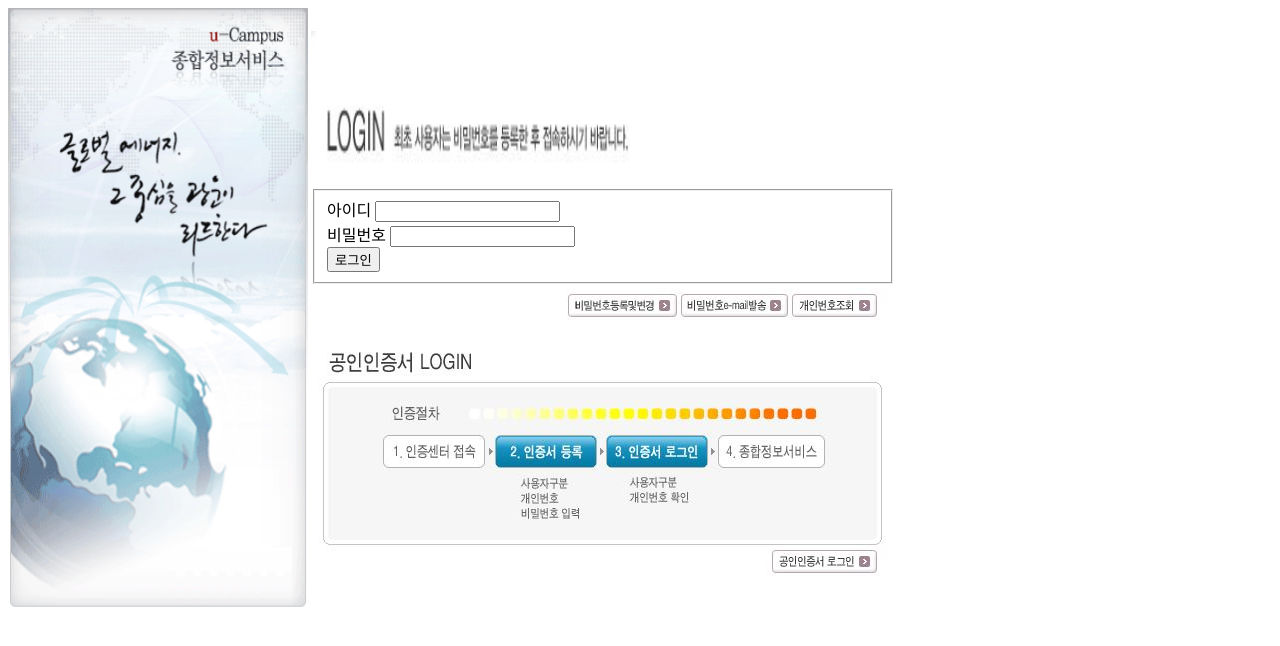
Repository: jungmintaeng/mini-ucampus
Page: ucam/WebContent/Login.html
The author's editor kept a copy of each file at every save. The page is drawn from the files as they stood at one save, then again after the next save.
The browser window is 1280 px wide. The pictures show the whole page.

Above is the page before, as saved 2016-06-11 00:57:37.

### ucam/WebContent/Login.html
<!DOCTYPE html>
<html>
<head>
<meta charset="EUC-KR">
   <title> Ucampus Login </title>
</head>
<body>

<table width = "50%" cellpadding='0' cellspacing='0'>
<tr>
<td align="right"><font size="2"><img
src="images\image_intra01.gif" width ="300" height="600" border ="0">
</font></td>
<td align="left">
<table>
   <tr>
   <td align="left"><font size="2"><img
src="images\loginTop.JPG" width ="584" height="150" border ="0">
</font>
</td>
</tr>
<tr>
<td>
  <form action="Login.jsp" method="post">
  <fieldset>
   <label for="id">아이디</label>
   <input type="text" name="id" title="아이디"/>
   <br>
  <label for="pass">비밀번호</label>
   <input type="password" name="pw" title="비밀번호"/>
   <br>
   <input type="submit" value="로그인"/>
 </fieldset>
   </form></td>
   </tr>
   <tr>
   <td align="right"><font size="2"><img
src="images\loginfake.JPG" width ="584" height="297" border ="0">
</font>
</td>
</tr>
</table>
</tr>
</table>
</body>
</html>

After the next save:
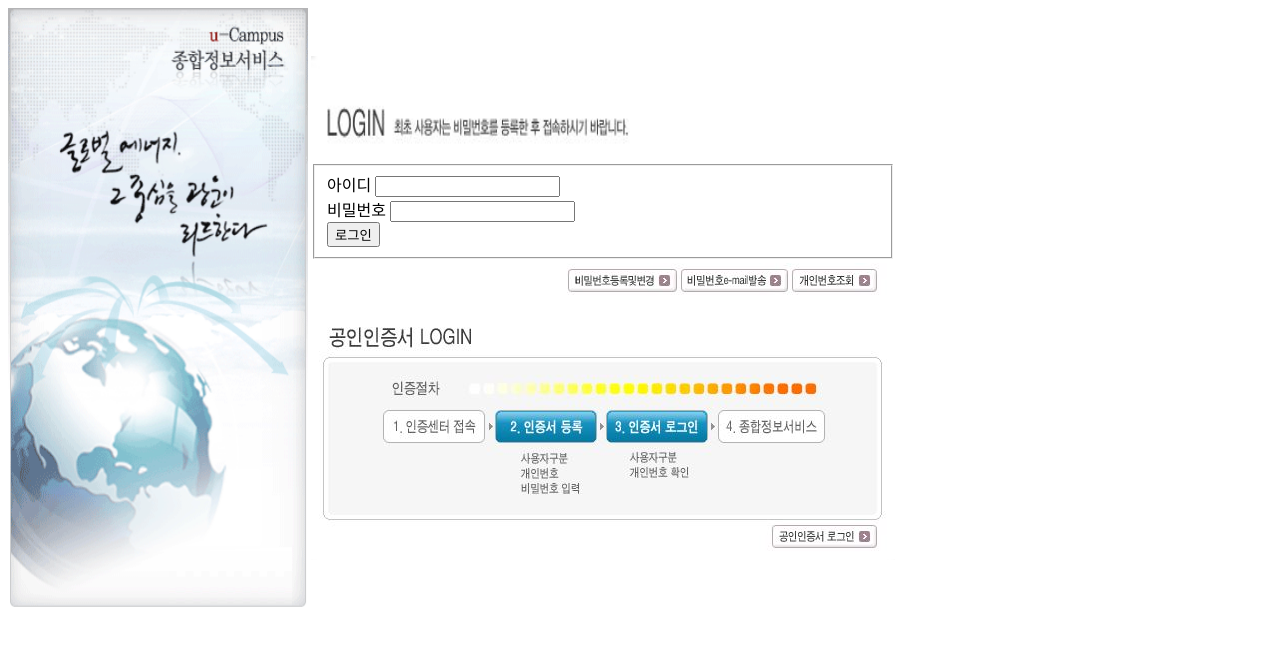
Saved 7 s later.
--- a/ucam/WebContent/Login.html
+++ b/ucam/WebContent/Login.html
@@ -15,7 +15,7 @@
 <table>
    <tr>
    <td align="left"><font size="2"><img
-src="images\loginTop.JPG" width ="584" height="150" border ="0">
+src="images\loginTop.JPG" width ="584" height="100" border ="0">
 </font>
 </td>
 </tr>
